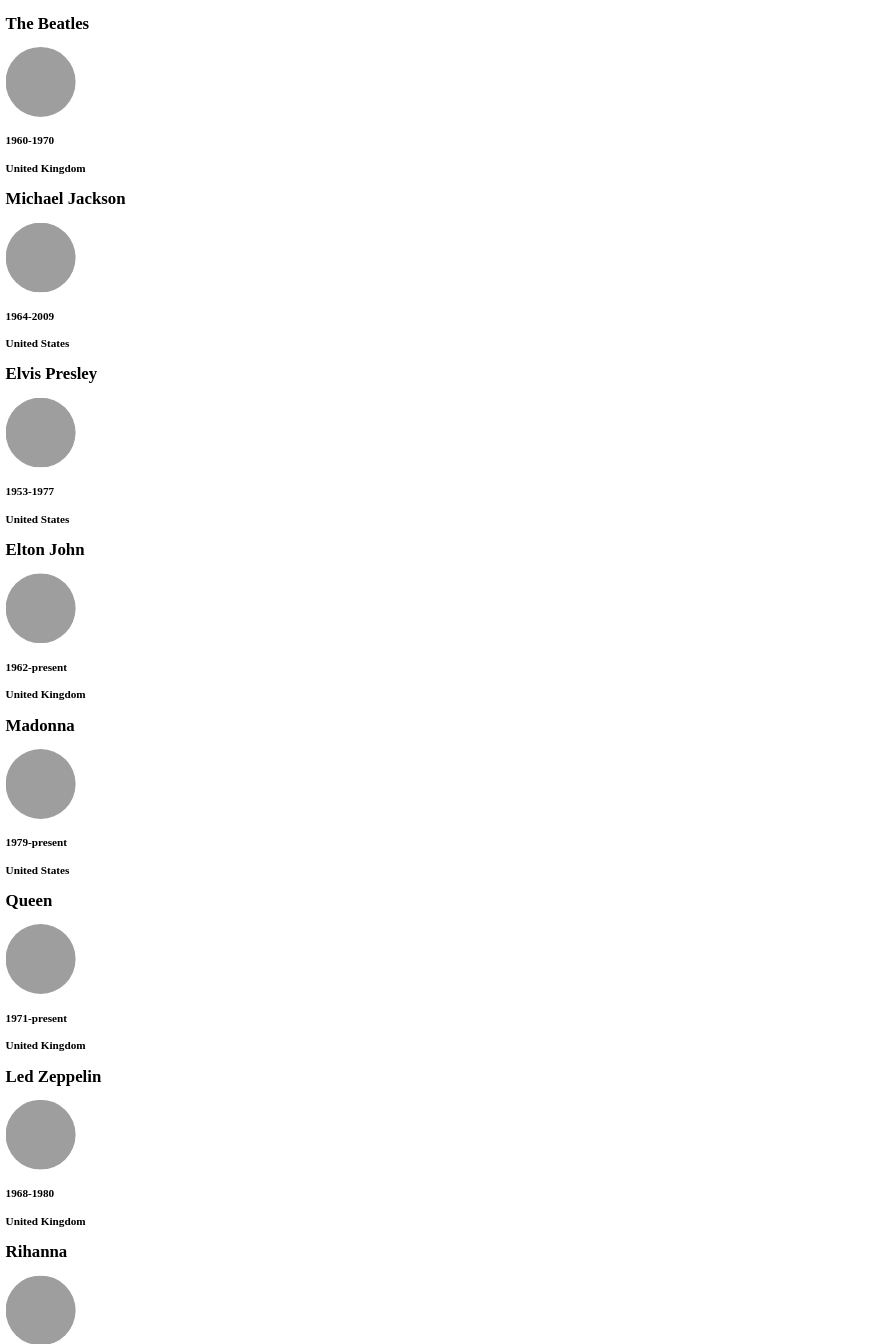
Repository: MelissaJacobi/Frontend-lab-2
Page: /
These files come from the project's save history. The page is drawn as it stood at one moment and after the next save; the edit follows.
The browser window is 1280 px wide. The pictures show the part of the page from y = 0 to 1920 px (the page is 2527 px tall before and 3217 px after), at 70% of full size.
Pictures or frames that could not be fetched are drawn as grey boxes. The project was rebuilt for these pictures with package versions that can differ from the ones it lists, and the page was loaded fresh each time. Also part of the build but not shown: vite.config.js.

Above is the page before, as saved 2024-09-19 13:47:19.

### src/App.jsx
import { artists } from './best-selling-music-artists';
import ArtistDetails from './components/ArtistDetails';

function App() {

  const artistStats = artists.map(artist => <ArtistDetails key={artist.name} artistName={artist.name} artistURL={artist.photo_url} artistActive={artist.years_active} artistCountry={artist.country}/>)

  return (
    <div className="app">

        {/* {artists.map((artist) => (
          <div className="artist_li">
            <div key={artist.name} className="artist">
              <img src={artist.photo_url} alt={artist.name} className="photo" />
              <h2>{artist.name}</h2>
              <div>
                <ArtistDetails />
              </div>
            </div>
          </div>
        ))} */}

      {artistStats}
    </div>
  );
}

export default App;

### src/index.css
.artist {

}

.photo {
    width: 100px;
    height: 100px;
    object-fit: cover;
    border-radius: 50%;
}

.artist_li {
    background-color: rgb(169, 169, 169);
    margin: 5px;
    padding: 20px;

}

### src/best-selling-music-artists.js
export const artists = [
    {
        name: 'The Beatles',
        photo_url: "https://upload.wikimedia.org/wikipedia/commons/9/9f/Beatles_ad_1965_just_the_beatles_crop.jpg",
        country: "United Kingdom",
        years_active: "1960-1970",
    },
    {
        name: 'Michael Jackson',
        photo_url: "https://upload.wikimedia.org/wikipedia/commons/8/83/Michael_Jackson_Dangerous_World_Tour_1993_cropped.png",
        country: "United States",
        years_active: "1964-2009",
    },
    {
        name: 'Elvis Presley',
        photo_url: "https://upload.wikimedia.org/wikipedia/commons/1/16/Elvis_Presley_1973_RCA_Records_and_Tapes_publicity_2_-_cropped.png",
        country: "United States",
        years_active: "1953-1977",
    },
    {
        name: 'Elton John',
        photo_url: "https://upload.wikimedia.org/wikipedia/commons/7/74/Elton_John_1980.png",
        country: "United Kingdom",
        years_active: "1962-present",
    },
    {
        name: 'Madonna',
        photo_url: "https://upload.wikimedia.org/wikipedia/commons/4/47/Madonna_II_A_1_%28cropped%29.jpg",
        country: "United States",
        years_active: "1979-present",
    },
    {
        name: 'Queen',
        photo_url: "https://upload.wikimedia.org/wikipedia/commons/a/ac/FreddieMercuryNov1977.jpg",
        country: "United Kingdom",
        years_active: "1971-present",
    },
    {
        name: 'Led Zeppelin',
        photo_url: "https://upload.wikimedia.org/wikipedia/commons/c/cc/Robert_Plant_at_the_Palace_Theatre%2C_Manchester.jpg",
        country: "United Kingdom",
        years_active: "1968-1980",
    },
    {
        name: 'Rihanna',
        photo_url: "https://upload.wikimedia.org/wikipedia/commons/b/b3/Rihanna_concert_in_Washington_DC_%28cropped%29.jpg",
        country: "Barbados",
        years_active: "2003-present",
    },
    {
        name: 'Pink Floyd',
        photo_url: "https://upload.wikimedia.org/wikipedia/commons/f/f2/David_Gilmour_Argentina_2015_%28cropped%29.jpg",
        country: "United Kingdom",
        years_active: "1965-2014",
    },
    {
        name: 'The Rolling Stones',
        photo_url: "https://upload.wikimedia.org/wikipedia/commons/0/06/Keith_Richards%2C_Mick_Jagger_performing_with_Rolling_Stones_at_Prudential_Center_2012-12-13.jpg",
        country: "United Kingdom",
        years_active: "1962-present",
    },
];

### src/components/ArtistDetails.jsx
function ArtistDetails(props) {

    const { artistName, artistURL, artistActive, artistCountry } = props;

  return (
    <div className="app">
        <h2>{artistName}</h2>
        <img src={artistURL} alt={artistName} className="photo" />
        <h4>{artistActive}</h4>
        <h4>{artistCountry}</h4>
    </div>
  );
}

export default ArtistDetails;

Loaded but not shown: index.html (common file); src/main.jsx (common file)

After the next save:
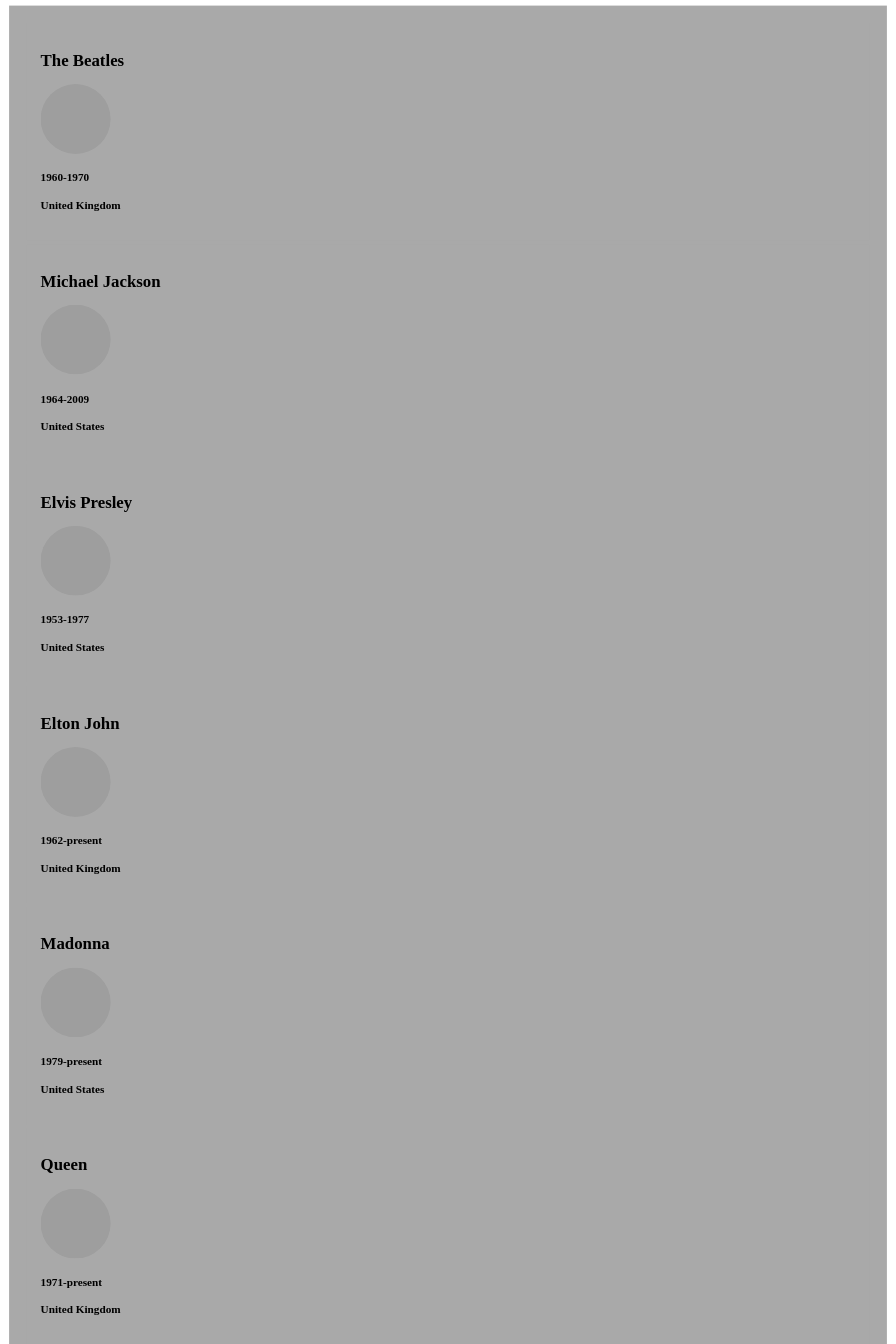
Saved 25 s later.
--- a/src/index.css
+++ b/src/index.css
@@ -9,7 +9,7 @@
     border-radius: 50%;
 }
 
-.artist_li {
+.app {
     background-color: rgb(169, 169, 169);
     margin: 5px;
     padding: 20px;
